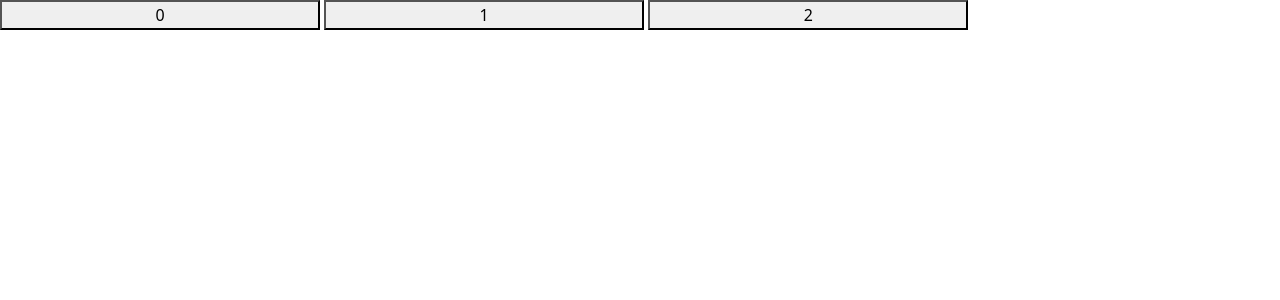
Repository: hcozyph/CyberSoft_Bai_Tap_Tren_Lop
Page: ES6/ES6_BASIC/index.html
The author's editor kept a copy of each file at every save. The page is drawn from the files as they stood at one save, then again after the next save.
The browser window is 1280 px wide. The pictures show the whole page.

Above is the page before, as saved 2023-03-19 09:57:11.

After the next save:
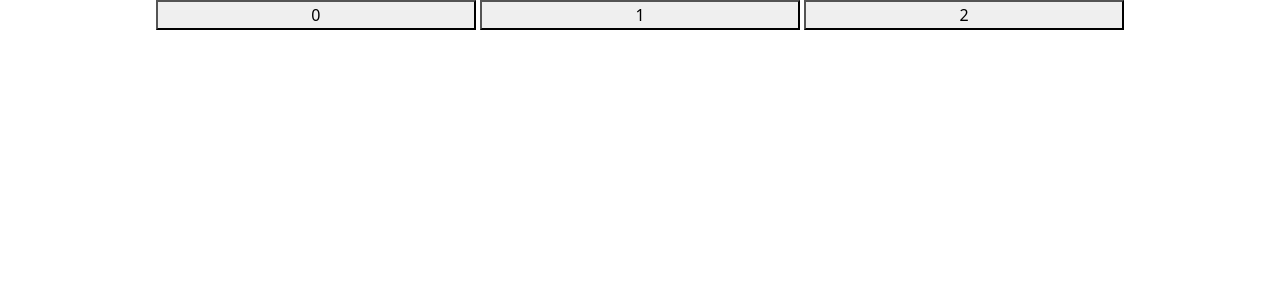
Saved 29 s later.
--- a/ES6/ES6_BASIC/index.html
+++ b/ES6/ES6_BASIC/index.html
@@ -19,9 +19,11 @@
     </head>
 
     <body>
-        <button class="w-25">0</button>
-        <button class="w-25">1</button>
-        <button class="w-25">2</button>
+        <div class="text-center">
+            <button class="w-25">0</button>
+            <button class="w-25">1</button>
+            <button class="w-25">2</button>
+        </div>
 
         <!-- Bootstrap JavaScript Libraries -->
         <script
